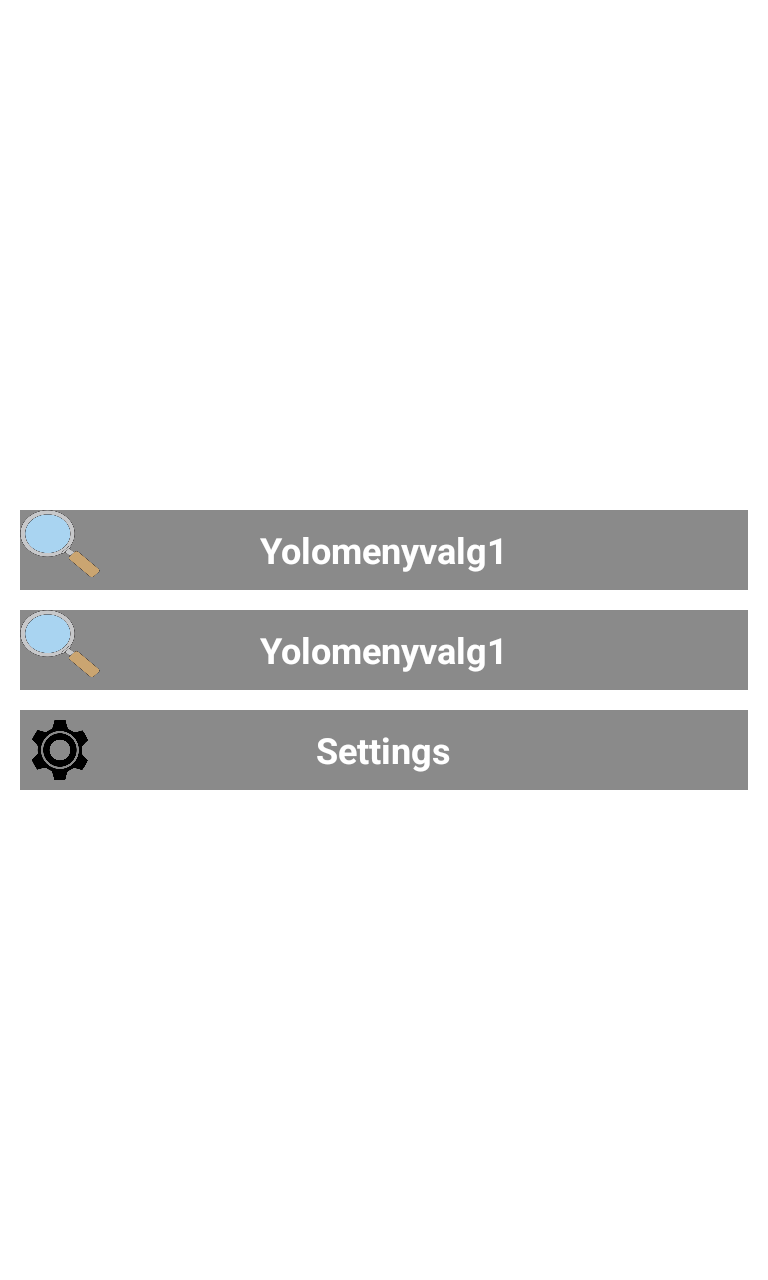
Repository: pumalove/workspace
Layout: MainActivity/res/layout/gridview.xml
The author's editor kept a copy of each file at every save. The layout is drawn from the files as they stood at one save, then again after the next save.
It is drawn on a 768 x 1280 px phone screen (xhdpi) without system bars, with theme AppTheme; the app's code is not run. Lists and similar views that code fills are empty.

Above is the layout before, as saved 2014-03-18 11:17:03.

After the next save:
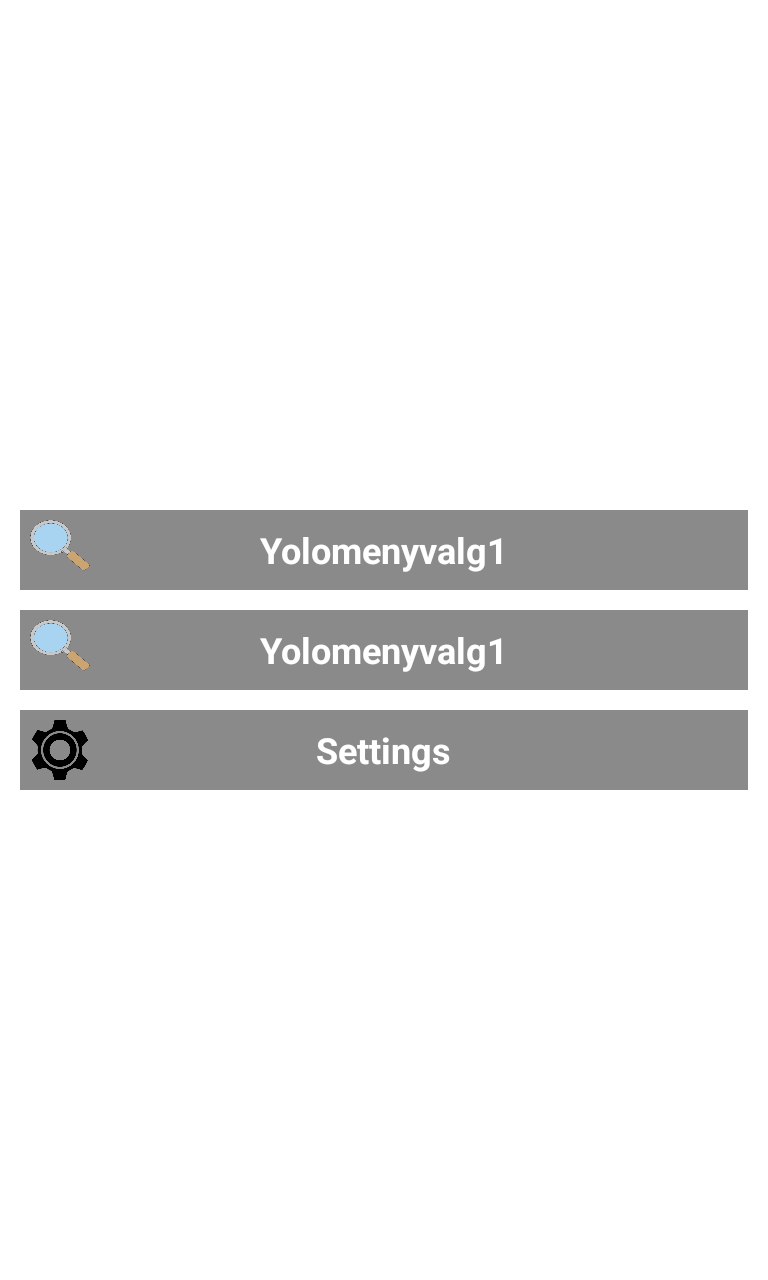
Saved 70 s later.
--- a/MainActivity/res/layout/gridview.xml
+++ b/MainActivity/res/layout/gridview.xml
@@ -49,7 +49,8 @@
                 android:layout_width="40dp"
                 android:layout_height="40dp"
                 android:scaleType="centerCrop"
-                android:src="@drawable/sample_0" />
+                android:src="@drawable/sample_0"
+                android:padding="5dp" />
 
 			<LinearLayout
 			    android:layout_width="fill_parent"
@@ -86,7 +87,8 @@
                 android:layout_width="40dp"
                 android:layout_height="40dp"
                 android:scaleType="centerCrop"
-                android:src="@drawable/sample_0" />
+                android:src="@drawable/sample_0"
+                android:padding="5dp" />
 
            <LinearLayout
 			    android:layout_width="fill_parent"
